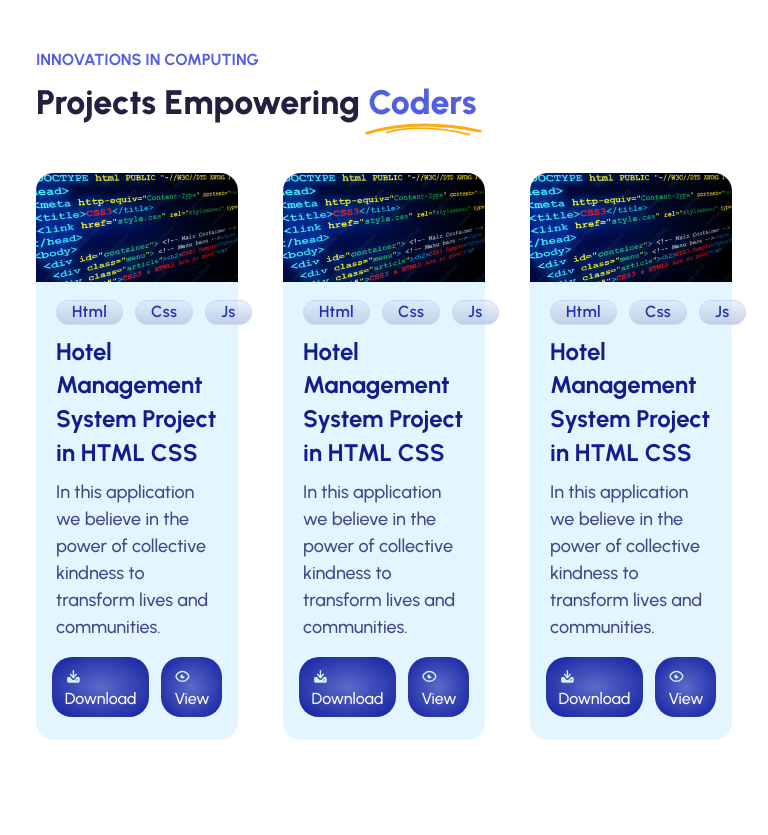
Repository: sharma171/jtccreativeideas
Page: /newsection (app in nextjssite/)
The author's editor kept a copy of each file at every save. The page is drawn from the files as they stood at one save, then again after the next save.
The browser window is 768 px wide. The pictures show the whole page.
The project was rebuilt for these pictures with package versions that can differ from the ones it lists, and the page was loaded fresh each time. The framework's server and built-in components were replaced by stand-ins that run in the browser. Also part of the build but not shown: nextjssite/next.config.mjs.

Above is the page before, as saved 2024-03-28 16:33:46.

### nextjssite/src/app/layout.js
// import { Inter } from "next/font/google";
// import "./globals.css";
import 'bootstrap/dist/css/bootstrap.min.css';

// const inter = Inter({ subsets: ["latin"] });

export const metadata = {
  title: "Create Next App",
  description: "Generated by create next app",
};

 const RootLayout = ({ children }) => {
  return (
    <html lang="en">
      <body>
        {/* Layout UI */}
        <main>{children}</main>
      </body>
    </html>
  )
}
export default RootLayout;

### nextjssite/src/app/newsection/page.jsx
import React from 'react'
import "./page.css"
import Headicon from "./after-head-icon.svg"
import Image from 'next/image'
import Link from 'next/link'
import Projimg1 from './images/projsection1.png'
import Projimg2 from './images/projsection2.png'
import Projimg3 from './images/projsection3.png'
import Downloadicon from './images/Download-icon.svg'
import Viewicon from './images/view-icon.svg'
const Page = () => {
    return(
        <>
        <section className="projects">
            <div className="container">
                <div className="col-flex main-head">
                    <h5 className="small-head">Innovations in Computing</h5>
                    <h3 className="bghead">Projects Empowering <span>Coders
                        <Image src={Headicon}></Image></span></h3>
                </div>
                <ul className="project-cards">
                    <li>

                        <div className="card-inner">
                            <Image src={Projimg1} alt="project" className="thumb"></Image>
                            <div className="info">
                                <div className="tech-info">
                                    <span>Html</span>
                                    <span>Css</span>
                                    <span>Js</span>
                                </div>
                                <Link href="/newsection" className="text-link">
                                    <h3 className="heading">
                                        Hotel Management System Project in HTML CSS
                                    </h3>
                                </Link>
                                <p className="cardpara">
                                    In this application we believe in the power of collective kindness to transform lives and communities.
                                </p>
                                <div className="card-button">
                                    <a href="" className="bot-button">
                                        <Image src={Downloadicon} alt='icon'></Image>
                                        Download
                                    </a>
                                    <a href="" className="bot-button">
                                        <Image src={Viewicon} alt='icon'></Image>
                                        View
                                    </a>
                                </div>
                            </div>
                        </div>
                    </li>
                    <li>

                            <div className="card-inner">
                                <Image src={Projimg1} alt="project" className="thumb"></Image>
                                <div className="info">
                                    <div className="tech-info">
                                        <span>Html</span>
                                        <span>Css</span>
                                        <span>Js</span>
                                    </div>
                                    <Link href="/newsection" className="text-link">
                                        <h3 className="heading">
                                            Hotel Management System Project in HTML CSS
                                        </h3>
                                    </Link>
                                    <p className="cardpara">
                                        In this application we believe in the power of collective kindness to transform lives and communities.
                                    </p>
                                    <div className="card-button">
                                        <a href="" className="bot-button">
                                            <Image src={Downloadicon} alt='icon'></Image>
                                            Download
                                        </a>
                                        <a href="" className="bot-button">
                                            <Image src={Viewicon} alt='icon'></Image>
                                            View
                                        </a>
                                    </div>
                                </div>
                            </div>
                    </li>
                    <li>

                            <div className="card-inner">
                                <Image src={Projimg1} alt="project" className="thumb"></Image>
                                <div className="info">
                                    <div className="tech-info">
                                        <span>Html</span>
                                        <span>Css</span>
                                        <span>Js</span>
                                    </div>
                                    <Link href="/newsection" className="text-link">
                                        <h3 className="heading">
                                            Hotel Management System Project in HTML CSS
                                        </h3>
                                    </Link>
                                    <p className="cardpara">
                                        In this application we believe in the power of collective kindness to transform lives and communities.
                                    </p>
                                    <div className="card-button">
                                        <a href="" className="bot-button">
                                            <Image src={Downloadicon} alt='icon'></Image>
                                            Download
                                        </a>
                                        <a href="" className="bot-button">
                                            <Image src={Viewicon} alt='icon'></Image>
                                            View
                                        </a>
                                    </div>
                                </div>
                            </div>
                    </li>
                </ul>
            </div>
        </section>
        <section className="project-category">
            <div className="container">

            </div>
        </section>
        </>
    )
}
export default Page;

### nextjssite/src/app/newsection/page.css
@import url('https://fonts.googleapis.com/css2?family=Urbanist:ital,wght@0,100..900;1,100..900&display=swap');
* {
    font-family: 'Urbanist', sans-serif;
    font-optical-sizing: auto;
}

section.projects {
    padding: 50px 0;
}
.main-head .small-head {
    color: #525fe1;
    font-size: 16px;
    font-weight: 700;
    text-transform: uppercase;
}
.main-head .bghead {
    color: #231f40;
    font-size: 34px;
    line-height: 1.5em;
    font-weight: 800;
}
.main-head .bghead span {
    color: #525fe1;
    position: relative;
}
.main-head .bghead span img {
    position: absolute;
    top: 100%;
    left: -5.9999999999999964px;
    width: 122.29999999999994px;
    height: 12.600000000000012px;
}
.project-cards {
    padding: 0;
    margin: 45px 0;
    list-style: none;
    display: flex;
    flex-direction: row;
    gap: 45px;
}
.project-cards li {
    width: calc(33.33333333333333% - 30px);
    border-radius: 18px;
    background: #E3F5FF;
}
.project-cards li .card-inner {
    display: flex;
    flex-direction: column;
    width: 100%;
    border-top-left-radius: 18px;
    border-top-right-radius: 18px;
}
.project-cards li .card-inner .thumb {
    width: 100%;
    max-width: 100%;
    height: auto;
    object-fit: cover;
    border-top-left-radius: 18px;
    border-top-right-radius: 18px;
}
.project-cards li .card-inner .info {
    padding: 18px 20px;
    display: flex;
    flex-direction: column;
    gap: 10px;
}

.project-cards li .card-inner .info .tech-info {
    display: flex;
    flex-direction: row;
    align-items: center;
    gap: 12px;
}
.project-cards li .card-inner .info .tech-info span {
    height: 25px;
    font-size: 16px;
    color: #222FB0;
    padding: 0 15px;
    font-weight: 600;
    letter-spacing: 0.3px;
    line-height: 16px;
    background: linear-gradient(181deg, #d2d7f152, #C0D0E7);
    align-content: center;
    border-radius: 19px;
    border: 1px solid #ccd3fbc2;
}
.project-cards li .card-inner .info .text-link {
    text-decoration: none;
}
.project-cards li .card-inner .info .heading {
    font-size: 24px;
    line-height: 1.4em;
    font-weight: 700;
    color: #111D8F;
    margin: 0;
}
.project-cards li .card-inner .info .cardpara {
    font-size: 18px;
    line-height: 1.5em;
    font-weight: 500;
    color: #444487;
    margin: 0 0 6px 0;
}
.project-cards li .card-inner .info .card-button {
    display: flex;
    flex-direction: row;
    align-items: center;
    justify-content: center;
    gap: 12px;
    margin-bottom: 5px;
}
.project-cards li .card-inner .info .card-button .bot-button {
    background: radial-gradient(#5C6AC8, #121F9F);
    padding: 6px 13px;
    font-size: 16px;
    line-height: 1.5em;
    align-content: center;
    border-radius: 20px;
    text-decoration: none;
    color: #fff;
    font-weight: 500;
}
@media (max-width: 1200px) and (min-width:992px){
    .project-cards li .card-inner .info .tech-info span{
        font-size: 14px;
        padding: 0 12px;
        height: 20px;
    }
    .project-cards li .card-inner .info .tech-info {
        gap: 8px;
    }
    .project-cards li .card-inner .info .heading {
        font-size: 20px;
    }
    .project-cards li .card-inner .info .cardpara {
        font-size: 15px;
        line-height: 1.3em;
    }

    .project-cards {
        gap:18px;

    }
    .project-cards li {
        width: calc(33.33333333333333% - 12.8px);
    }
    .project-cards li .card-inner .info .card-button .bot-button {
        padding: 4px 11px;
        font-size: 14px;
        line-height: 1.4em;
    }
}

After the next save:
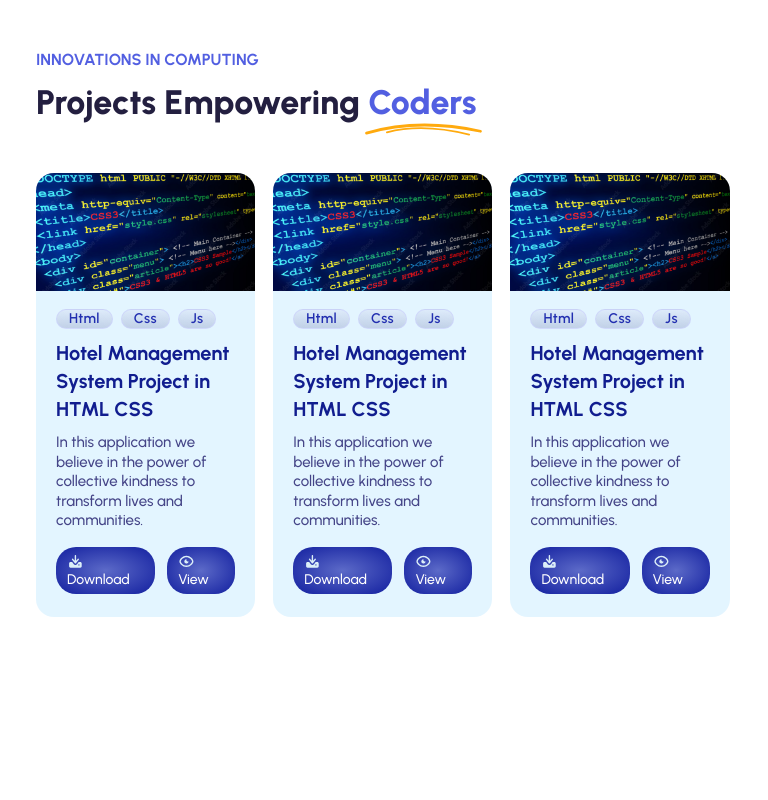
Saved 13 min 41 s later.
--- a/nextjssite/src/app/newsection/page.css
+++ b/nextjssite/src/app/newsection/page.css
@@ -150,3 +150,33 @@ section.projects {
         line-height: 1.4em;
     }
 }
+@media (max-width: 991px) and (min-width:600px){
+    .project-cards li .card-inner .info .tech-info span{
+        font-size: 14px;
+        padding: 0 12px;
+        height: 20px;
+    }
+    .project-cards li .card-inner .info .tech-info {
+        gap: 8px;
+    }
+    .project-cards li .card-inner .info .heading {
+        font-size: 20px;
+    }
+    .project-cards li .card-inner .info .cardpara {
+        font-size: 15px;
+        line-height: 1.3em;
+    }
+
+    .project-cards {
+        gap:18px;
+
+    }
+    .project-cards li {
+        width: calc(33.33333333333333% - 12.8px);
+    }
+    .project-cards li .card-inner .info .card-button .bot-button {
+        padding: 4px 11px;
+        font-size: 14px;
+        line-height: 1.4em;
+    }
+}
